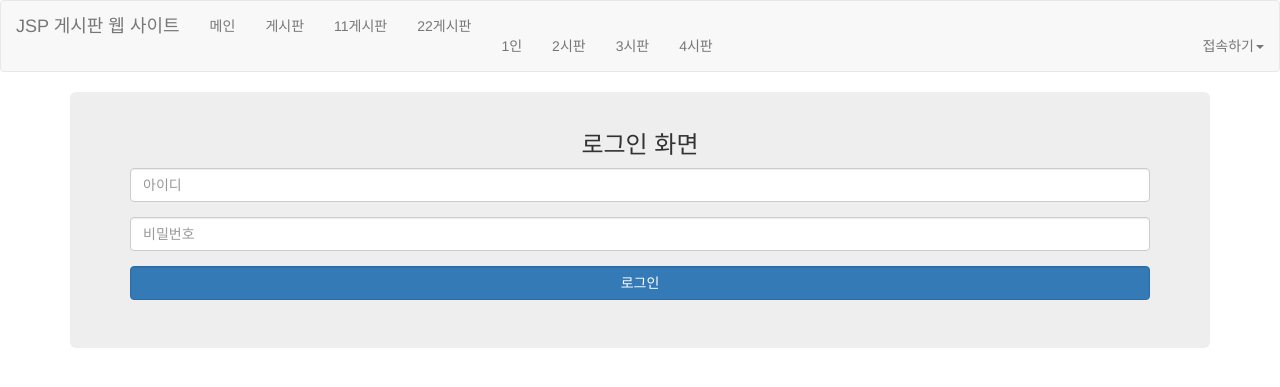
Repository: seung-kook/JSPBBS
Page: http://localhost/BBS/login.jsp
An editor plug-in stored every save of this project. The page is shown before and after the next save, followed by the edit.
The browser window is 1280 px wide. The pictures show the whole page.
Some web libraries are served in a nearby version. The page is served by Tomcat 9.

Above is the page before, as saved 2022-02-01 03:48:08.

After the next save:
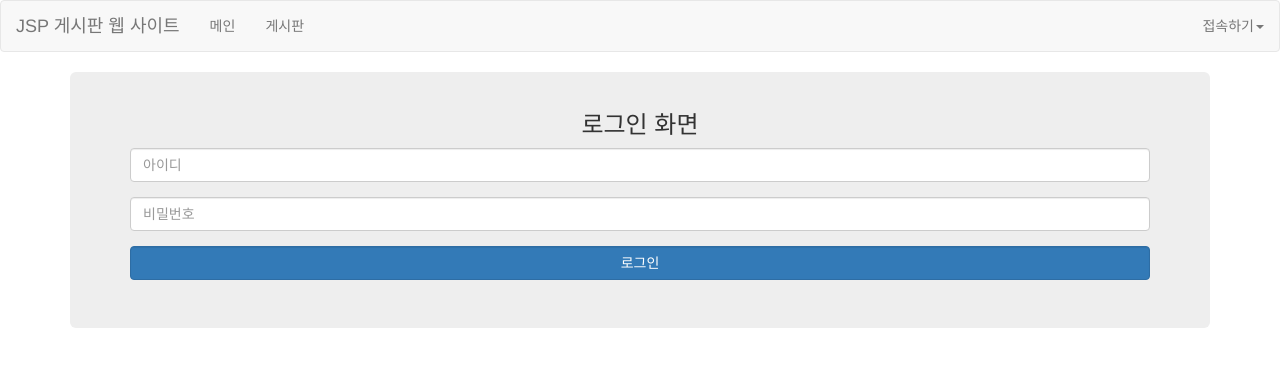
Saved 44 s later.
--- a/BBS/src/main/webapp/login.jsp
+++ b/BBS/src/main/webapp/login.jsp
@@ -24,14 +24,6 @@
 			<ul class="nav navbar-nav">
 				<li><a href="main.jsp">메인</a></li>
 				<li><a href="bbs.jsp">게시판</a></li>
-				<li><a href="bbs.jsp">11게시판</a></li>
-				<li><a href="bbs.jsp">22게시판</a></li>
-			</ul><br>
-			<ul class="nav navbar-nav">
-				<li><a href="main.jsp">1인</a></li>
-				<li><a href="bbs.jsp">2시판</a></li>
-				<li><a href="bbs.jsp">3시판</a></li>
-				<li><a href="bbs.jsp">4시판</a></li>
 			</ul>
 			<ul class="nav navbar-nav navbar-right">
 				<li class="dropdown">
